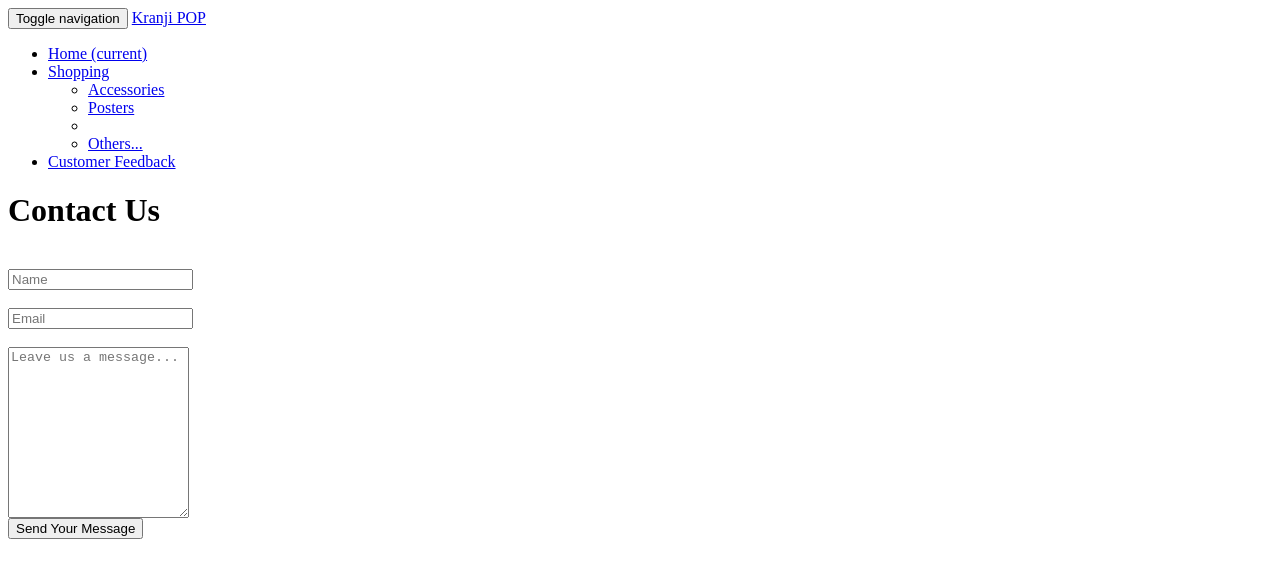
Repository: benlooi/blogshop
Page: templates/customerfeedback.html
The author's editor kept a record of every edit. The page is drawn from the files as they stood at one moment, then again after the next edit.
The browser window is 1280 px wide. The pictures show the whole page.

Above is the page before.

### templates/customerfeedback.html
<html>
<head>
</head>
<body>
<!-- Navigation -->
<nav class="navbar navbar-inverse">
    <div class="container-fluid">
        <div class="navbar-header">
            <button type="button" class="navbar-toggle collapsed" data-toggle="collapse" data-target="#navbarcollapse">
                <span class="sr-only">Toggle navigation</span>
                <span class="icon-bar"></span>
                <span class="icon-bar"></span>
                <span class="icon-bar"></span>
            </button>
        <a class="navbar-brand" href="#"> Kranji POP </a>
        </div>

    <div class="collapse navbar-collapse" id="navbarcollapse">
        <ul class="nav navbar-nav">
            <li class="active"><a href="#/welcome"> Home <span class="sr-only"> (current) </span></a></li>

            <li class="dropdown">
            <a href="#" class="dropdown-toggle" data-toggle="dropdown" role="button" aria-expanded="false"> Shopping <span class="caret"></span></a>
              <ul class="dropdown-menu" role="menu">
                <li><a href="#/blogshop">Accessories</a></li>
                <li><a href="#">Posters</a></li>
                <li class="divider"></li>
                <li><a href="#">Others...</a></li>
            </li>
              </ul>
            <li><a href="#/customerfeedback"> Customer Feedback </a></li>
        </ul>
        </div>
    </div>
</nav>

    <h1>Contact Us</h1>
    <form>

    <br><input type="text" name="name" id="name" value=""  class="input-block-level" placeholder="Name" /></br>
    <br><input type="text" name="email" id="email" value="" class="input-block-level" placeholder="Email" /></br>
    <br><textarea rows="11" name="message" id="message" class="input-block-level" placeholder="Leave us a message..."></textarea></br>
    <div class="actions">
    <input type="submit" value="Send Your Message" name="submit" id="submitButton" class="btn btn-info pull-left" title="Click here to submit your message!" />
    </div>
    </form>
    <!--End Contact form -->
</div>
</body>
</html>

After the next edit:
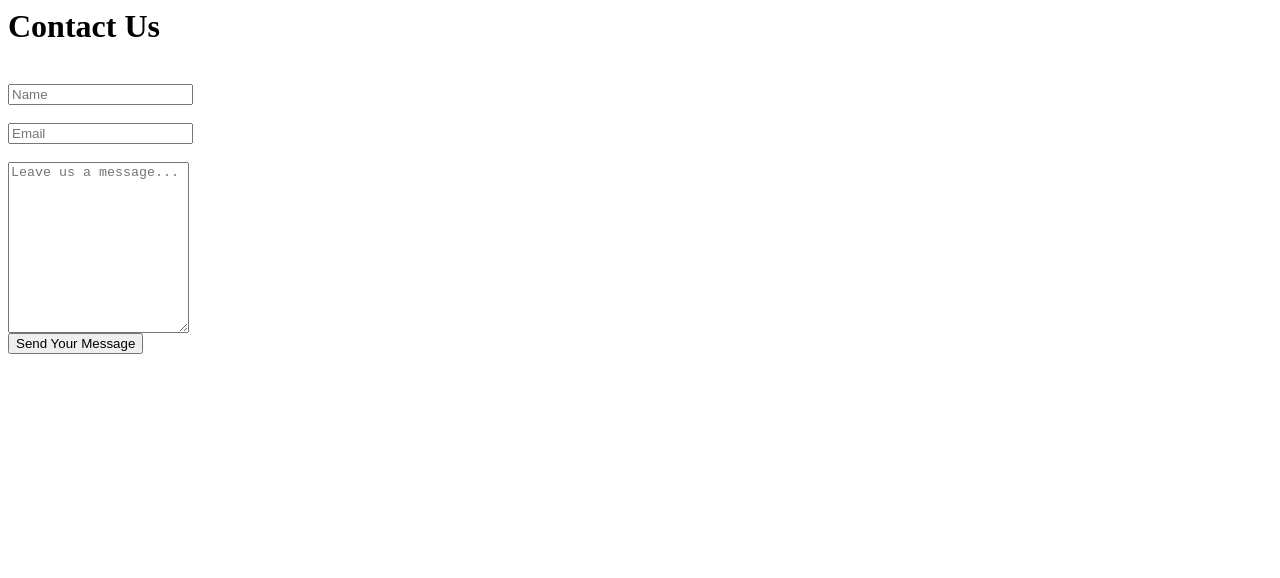
The edit:
--- a/templates/customerfeedback.html
+++ b/templates/customerfeedback.html
@@ -1,38 +1,3 @@
-<html>
-<head>
-</head>
-<body>
-<!-- Navigation -->
-<nav class="navbar navbar-inverse">
-    <div class="container-fluid">
-        <div class="navbar-header">
-            <button type="button" class="navbar-toggle collapsed" data-toggle="collapse" data-target="#navbarcollapse">
-                <span class="sr-only">Toggle navigation</span>
-                <span class="icon-bar"></span>
-                <span class="icon-bar"></span>
-                <span class="icon-bar"></span>
-            </button>
-        <a class="navbar-brand" href="#"> Kranji POP </a>
-        </div>
-
-    <div class="collapse navbar-collapse" id="navbarcollapse">
-        <ul class="nav navbar-nav">
-            <li class="active"><a href="#/welcome"> Home <span class="sr-only"> (current) </span></a></li>
-
-            <li class="dropdown">
-            <a href="#" class="dropdown-toggle" data-toggle="dropdown" role="button" aria-expanded="false"> Shopping <span class="caret"></span></a>
-              <ul class="dropdown-menu" role="menu">
-                <li><a href="#/blogshop">Accessories</a></li>
-                <li><a href="#">Posters</a></li>
-                <li class="divider"></li>
-                <li><a href="#">Others...</a></li>
-            </li>
-              </ul>
-            <li><a href="#/customerfeedback"> Customer Feedback </a></li>
-        </ul>
-        </div>
-    </div>
-</nav>
 
     <h1>Contact Us</h1>
     <form>
@@ -44,7 +9,3 @@
     <input type="submit" value="Send Your Message" name="submit" id="submitButton" class="btn btn-info pull-left" title="Click here to submit your message!" />
     </div>
     </form>
-    <!--End Contact form -->
-</div>
-</body>
-</html>
